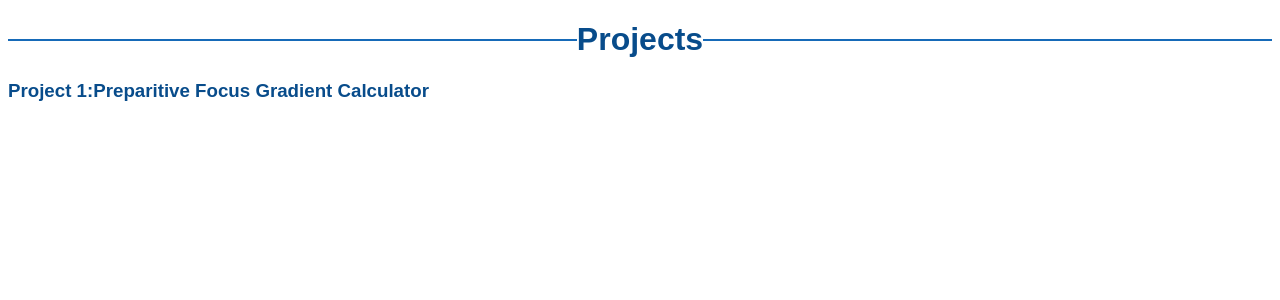
Repository: zackaroo20/zackaroo20
Page: pages/projects.html
The author's editor kept a copy of each file at every save. The page is drawn from the files as they stood at one save, then again after the next save.
The browser window is 1280 px wide. The pictures show the whole page.

Above is the page before, as saved 2026-05-14 15:42:46.

After the next save:
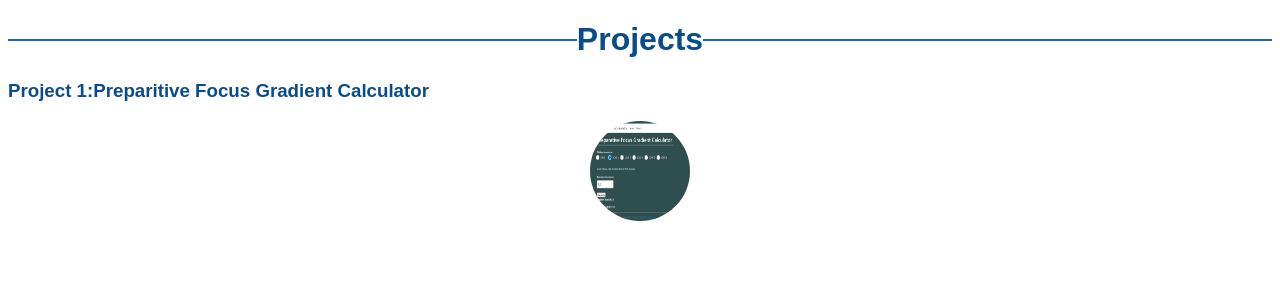
Saved 31 s later.
--- a/pages/projects.html
+++ b/pages/projects.html
@@ -34,5 +34,6 @@
 <body>
     <h1>Projects</h1>
 <h3>Project 1:Preparitive Focus Gradient Calculator</h3>
+<img alt="pfgc" src="/assets/Project1.png">
 </body>
 </html>
